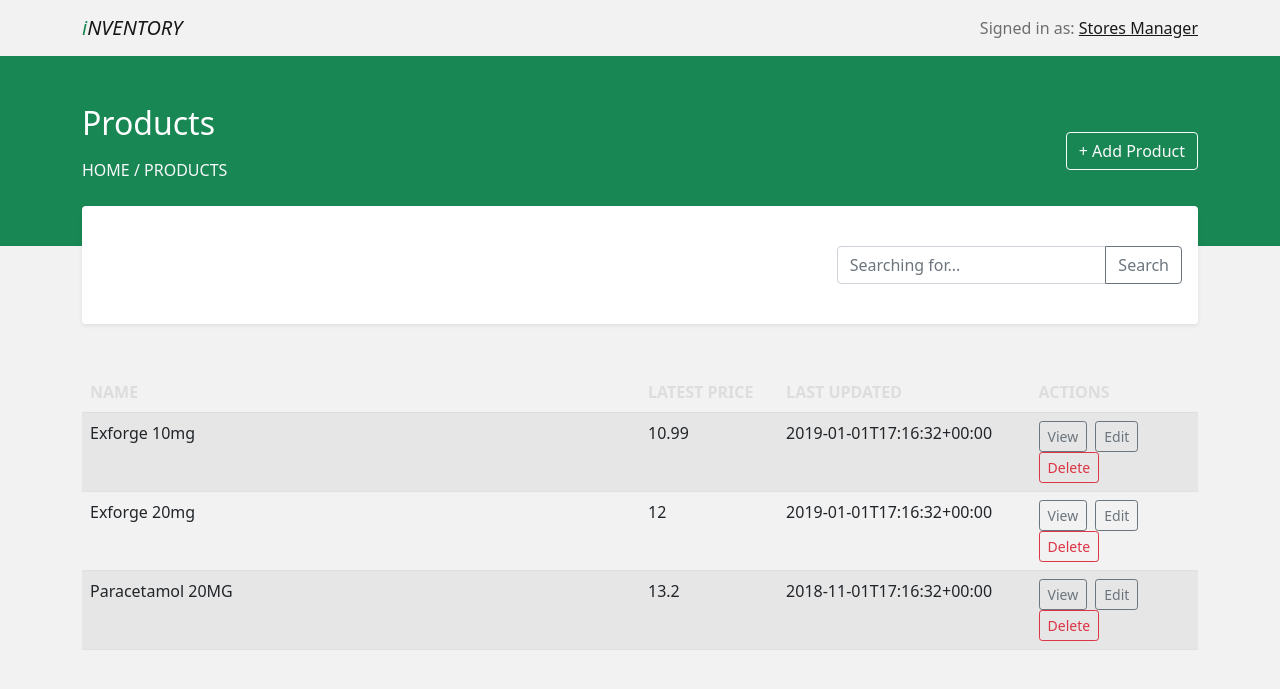
Repository: tHEO2k17/inventory-manager
Page: /
The author's editor kept a copy of each file at every save. The page is drawn from the files as they stood at one save, then again after the next save.
The browser window is 1280 px wide. The pictures show the whole page.
The project was rebuilt for these pictures with package versions that can differ from the ones it lists, and the page was loaded fresh each time. Also part of the build but not shown: src/presentation/components/ProductForm.tsx.

Above is the page before, as saved 2021-08-31 10:36:33.

After the next save:
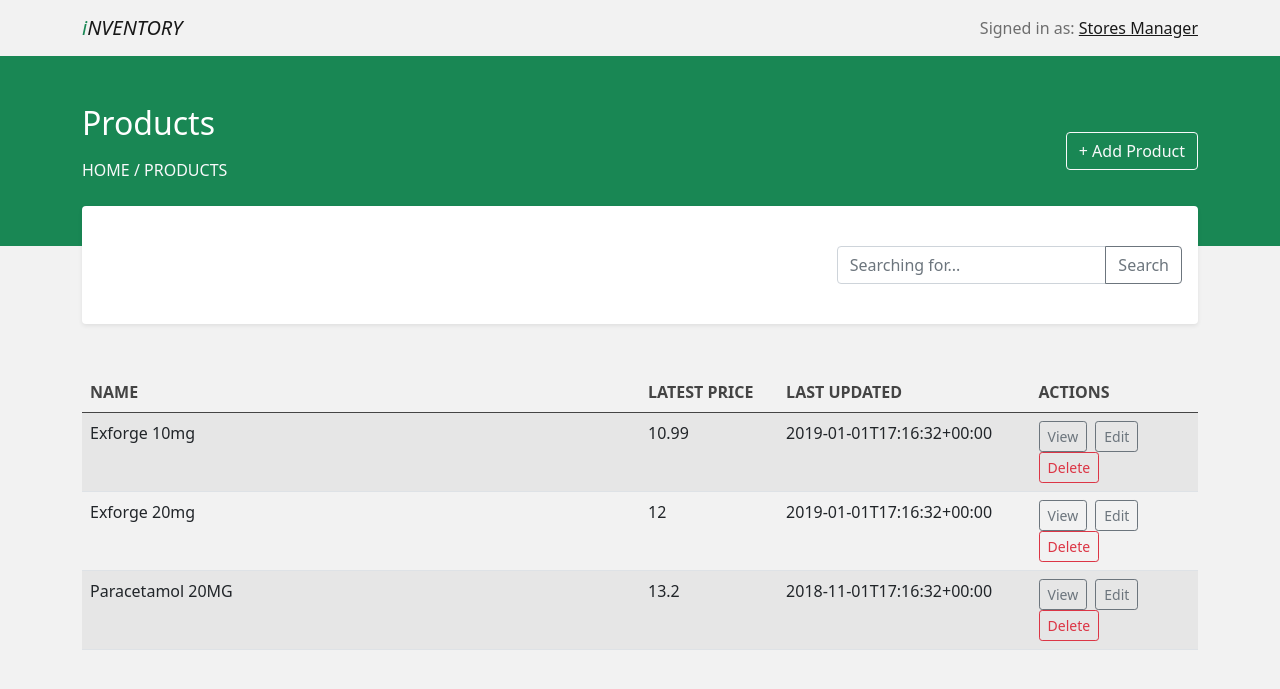
Saved 27 s later.
--- a/src/index.scss
+++ b/src/index.scss
@@ -6,7 +6,7 @@ body{
 
 .table thead tr > th{
     text-transform: uppercase;
-    color: #DDD;
+    color: #444;
 }
 
 .mtn-40{
